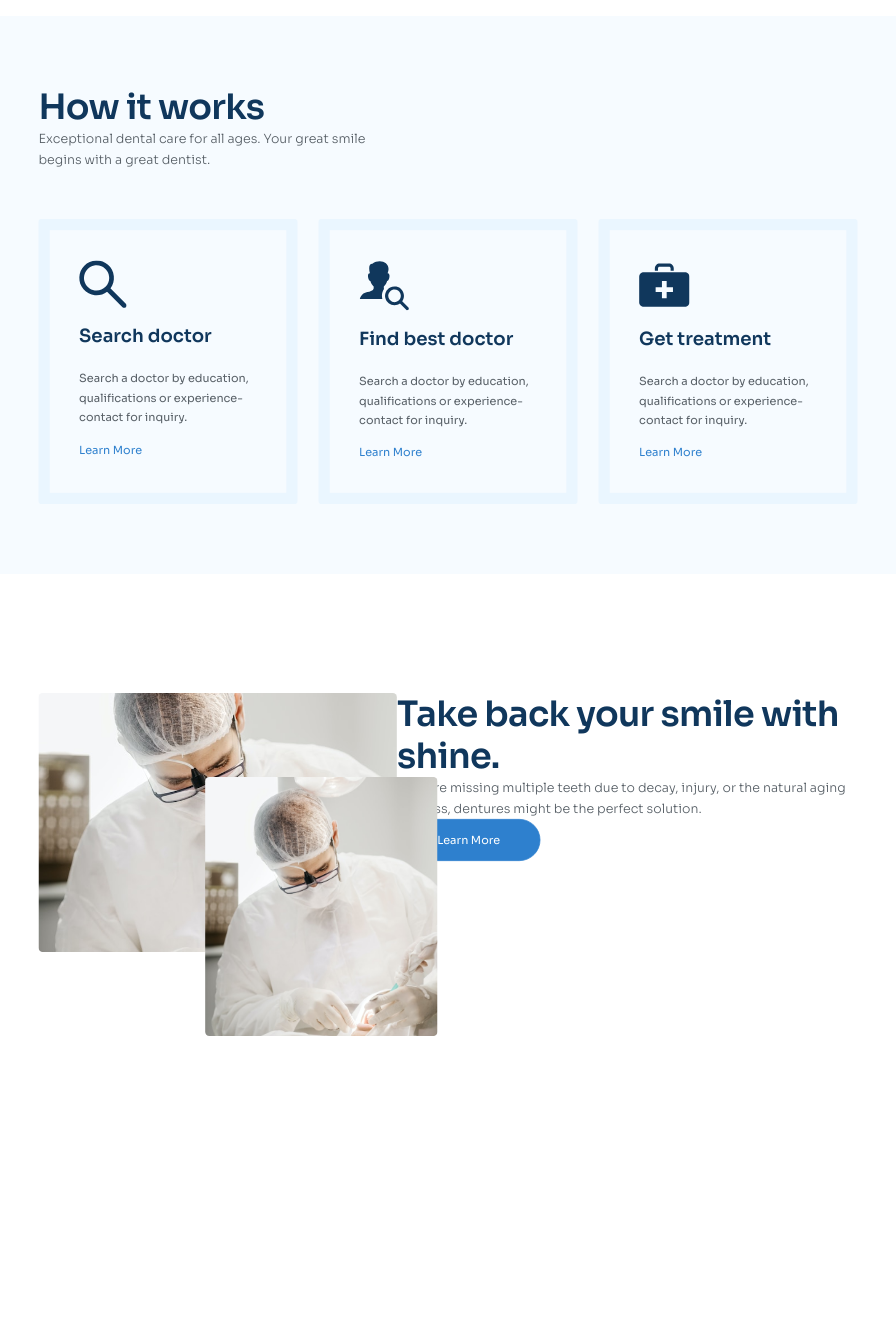
Repository: Tran-Dat/F8_Project_03
Page: index.html
The author's editor kept a copy of each file at every save. The page is drawn from the files as they stood at one save, then again after the next save.
The browser window is 1280 px wide. The pictures show the part of the page from y = 1880 to 3800 px (the page is 3800 px tall), at 70% of full size.

Above is the page before, as saved 2023-04-03 16:14:03.

After the next save:
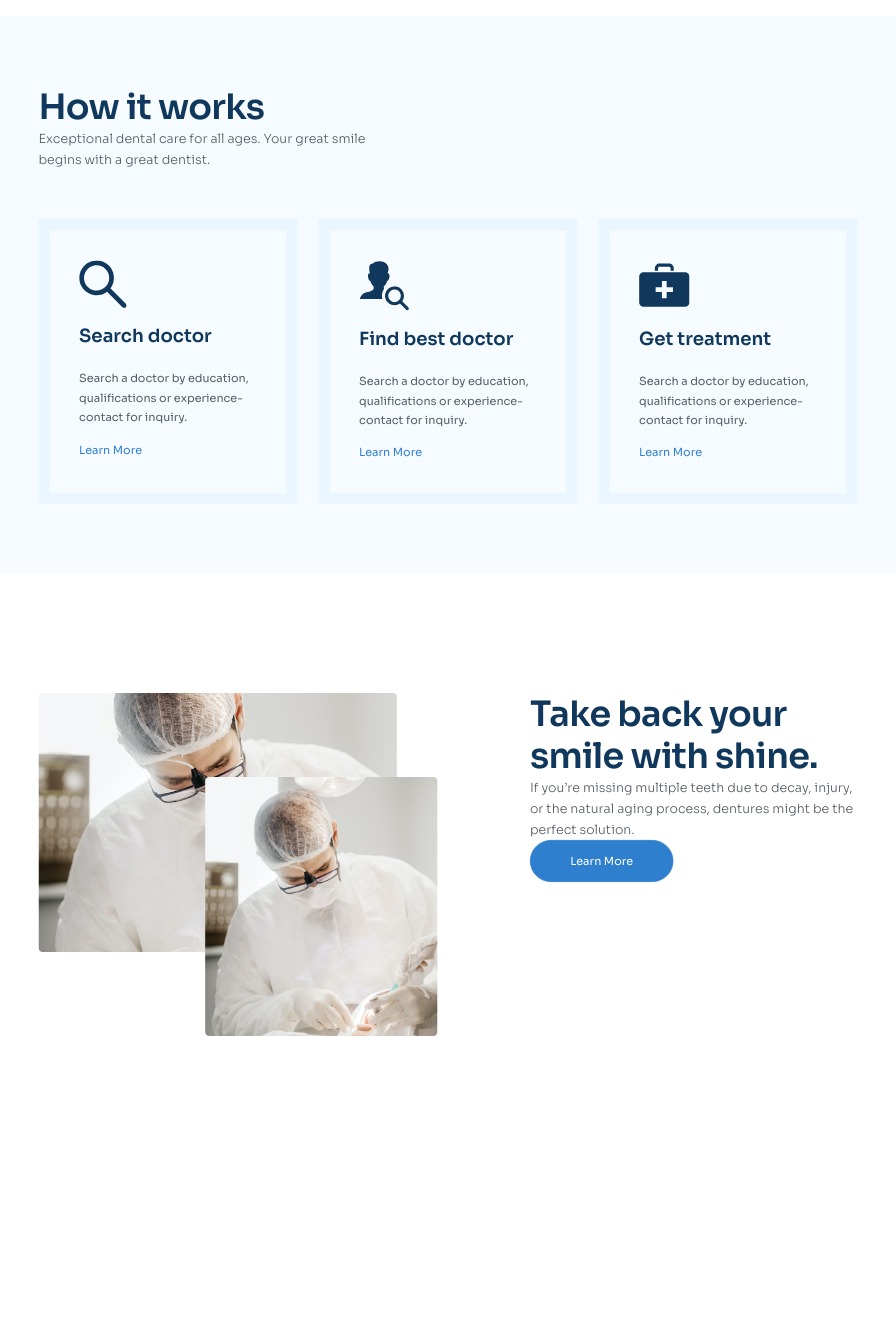
Saved 93 s later.
--- a/assets/css/style.css
+++ b/assets/css/style.css
@@ -390,6 +390,7 @@ a {
 
 .feature__media {
     display: flex;
+    justify-content: space-between;
 }
 
 .feature__images {
@@ -410,3 +411,7 @@ a {
     left: 238px;
     width: 332px;
 }
+
+.feature__content {
+    width: 40%;
+}
